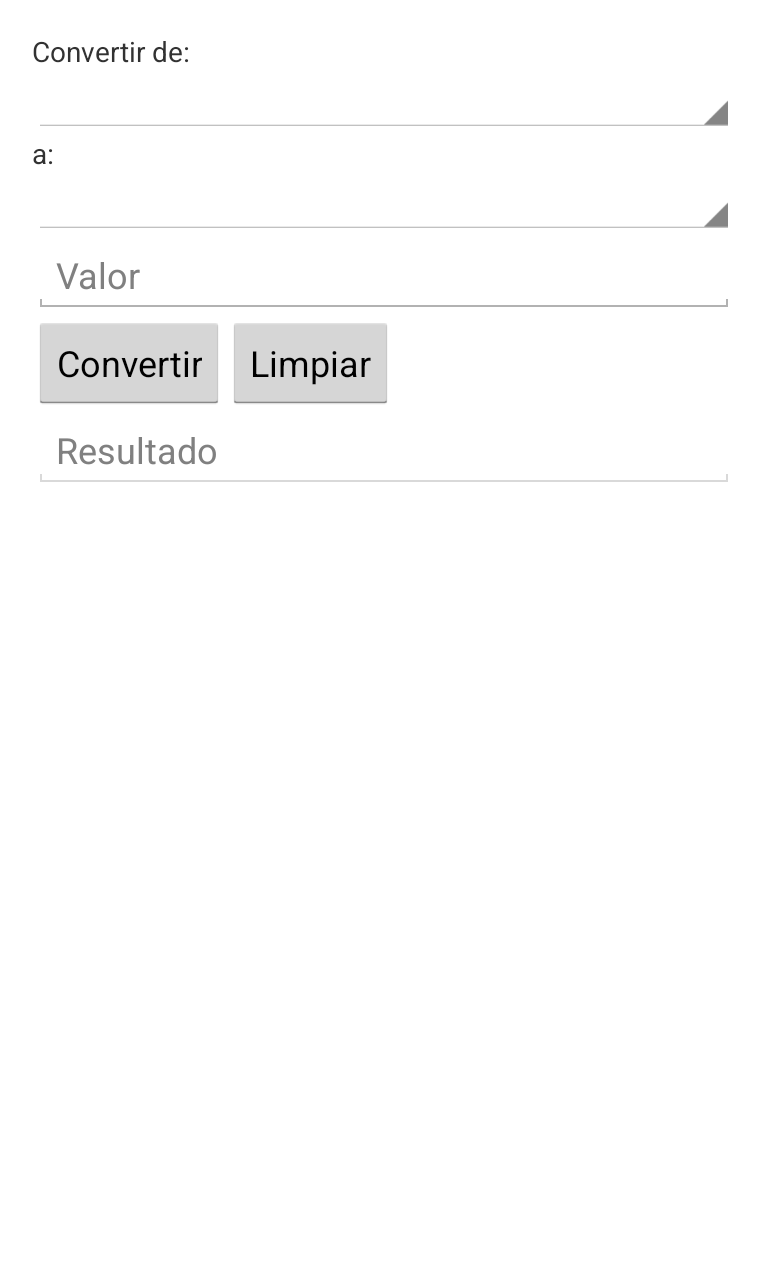
Repository: fabriciobeltrand25/ECLIPSE_ANDROID_JAVA
Layout: AppConversor/res/layout/activity_main.xml
These files come from the project's save history. The layout is drawn as it stood at one moment and after the next save; the edit follows.
It is drawn on a 768 x 1280 px phone screen (xhdpi) without system bars, with theme AppTheme; the app's code is not run.

Above is the layout before, as saved 2026-06-10 02:42:13.

After the next save:
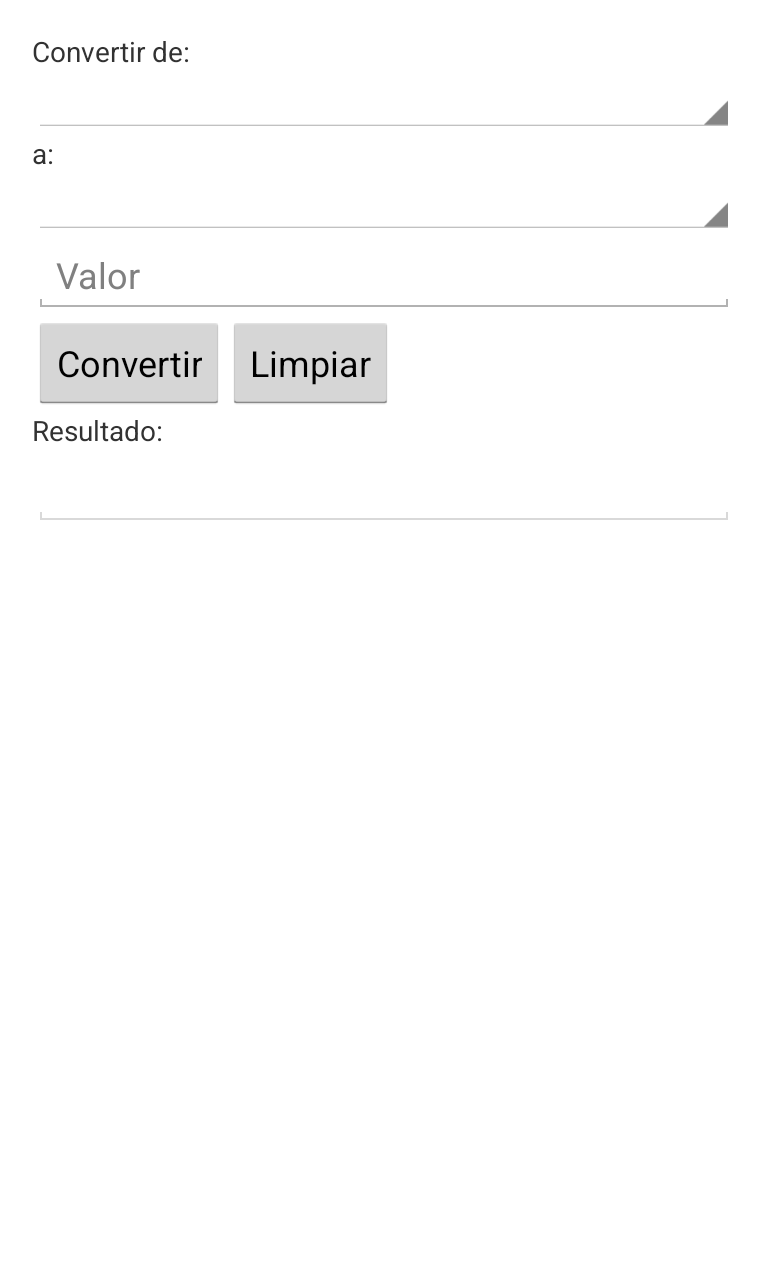
Saved 59 s later.
--- a/AppConversor/res/layout/activity_main.xml
+++ b/AppConversor/res/layout/activity_main.xml
@@ -18,5 +18,6 @@
         <Button android:id="@+id/btnLimpiar" android:layout_width="wrap_content" android:layout_height="wrap_content" android:text="Limpiar"/>
     </LinearLayout>
 
-    <EditText android:id="@+id/etResultado" android:layout_width="match_parent" android:layout_height="wrap_content" android:hint="Resultado" android:enabled="false"/>
+    <TextView android:layout_width="wrap_content" android:layout_height="wrap_content" android:text="Resultado:"/>
+    <EditText android:id="@+id/etResultado" android:layout_width="match_parent" android:layout_height="wrap_content" android:enabled="false"/>
 </LinearLayout>
